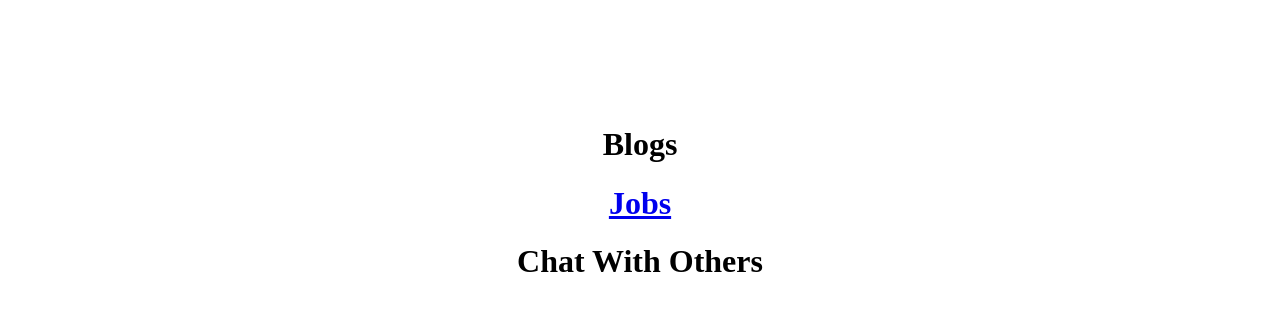
Repository: devlogan/collproject
Page: CollFrontend/WebContent/main.html
The author's editor kept a copy of each file at every save. The page is drawn from the files as they stood at one save, then again after the next save.
The browser window is 1280 px wide. The pictures show the whole page.

Above is the page before, as saved 2019-05-02 06:17:23.

### CollFrontend/WebContent/main.html
<!DOCTYPE html>
<html>
<head>
<meta charset="ISO-8859-1">
<title>Homepage</title>
<style>
.main-box {
	margin-top: 10%;
	text-align: center;
}
</style>
</head>
<body>
	<div class="row main-box">
		<div class="col-md-4">
			<h1>
				<a hre="#!/viewBlogs">Blogs</a>
			</h1>
		</div>
		<div class="col-md-4">
			<h1>
				<a href="#!viewJobs">Jobs</a>
			</h1>
		</div>
		<div class="col-md-4">
			<h1>Chat With Others</h1>
		</div>

	</div>



</body>
</html>

After the next save:
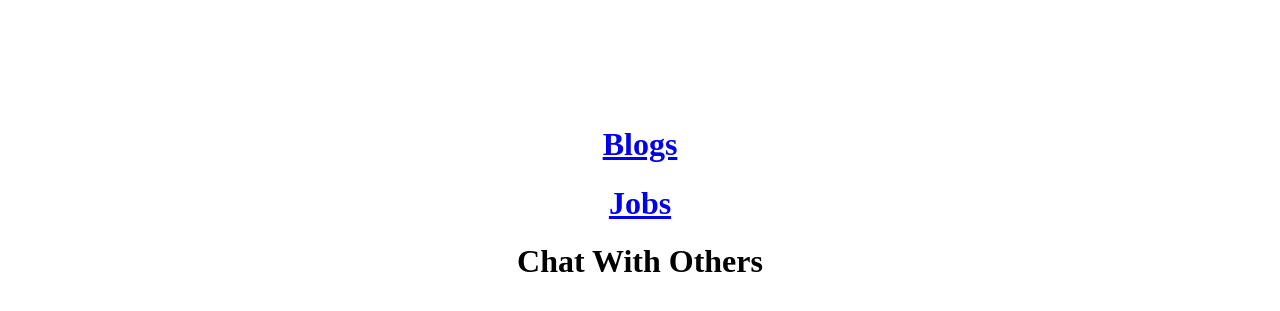
Saved 17 s later.
--- a/CollFrontend/WebContent/main.html
+++ b/CollFrontend/WebContent/main.html
@@ -14,7 +14,7 @@
 	<div class="row main-box">
 		<div class="col-md-4">
 			<h1>
-				<a hre="#!/viewBlogs">Blogs</a>
+				<a href="#!/viewBlogs">Blogs</a>
 			</h1>
 		</div>
 		<div class="col-md-4">
